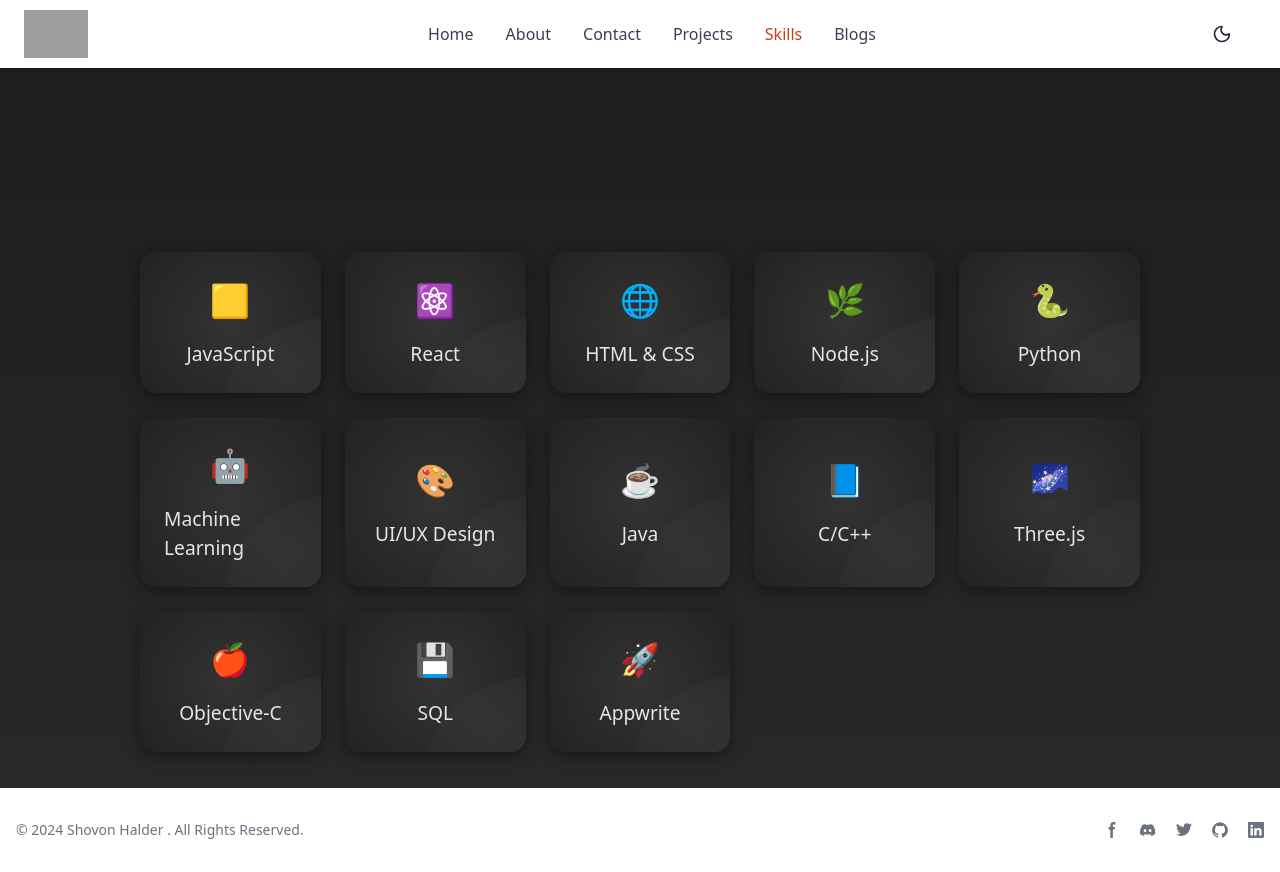
Repository: Shovon0004/Portfolio
Page: /Skill
The author's editor kept a copy of each file at every save. The page is drawn from the files as they stood at one save, then again after the next save.
The browser window is 1280 px wide. The pictures show the whole page.
Pictures or frames that could not be fetched are drawn as grey boxes. The project was rebuilt for these pictures with package versions that can differ from the ones it lists, and the page was loaded fresh each time. Also part of the build but not shown: vite.config.js, src/components/Home.jsx, src/components/About.jsx, src/components/Projects.jsx, src/components/Contact.jsx, src/components/Blogs.jsx.

Above is the page before, as saved 2024-12-23 13:07:07.

After the next save:
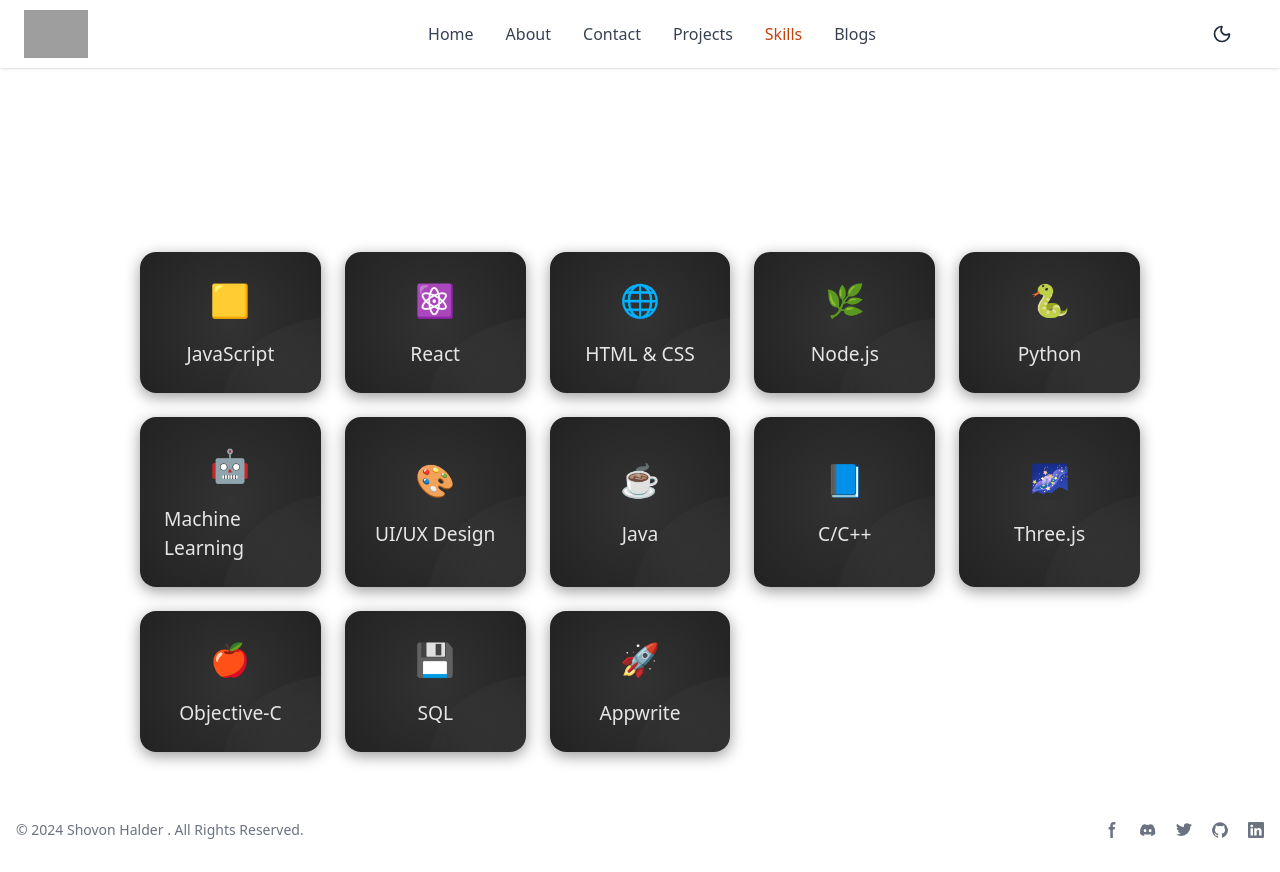
Saved 17 s later.
--- a/src/components/Skill.css
+++ b/src/components/Skill.css
@@ -5,7 +5,7 @@
   align-items: center;
   justify-content: center;
   padding: 2rem;
-  background: linear-gradient(to bottom, #1e1e1e, #282828);
+
   color: #fff;
   overflow: hidden;
   position: relative;
